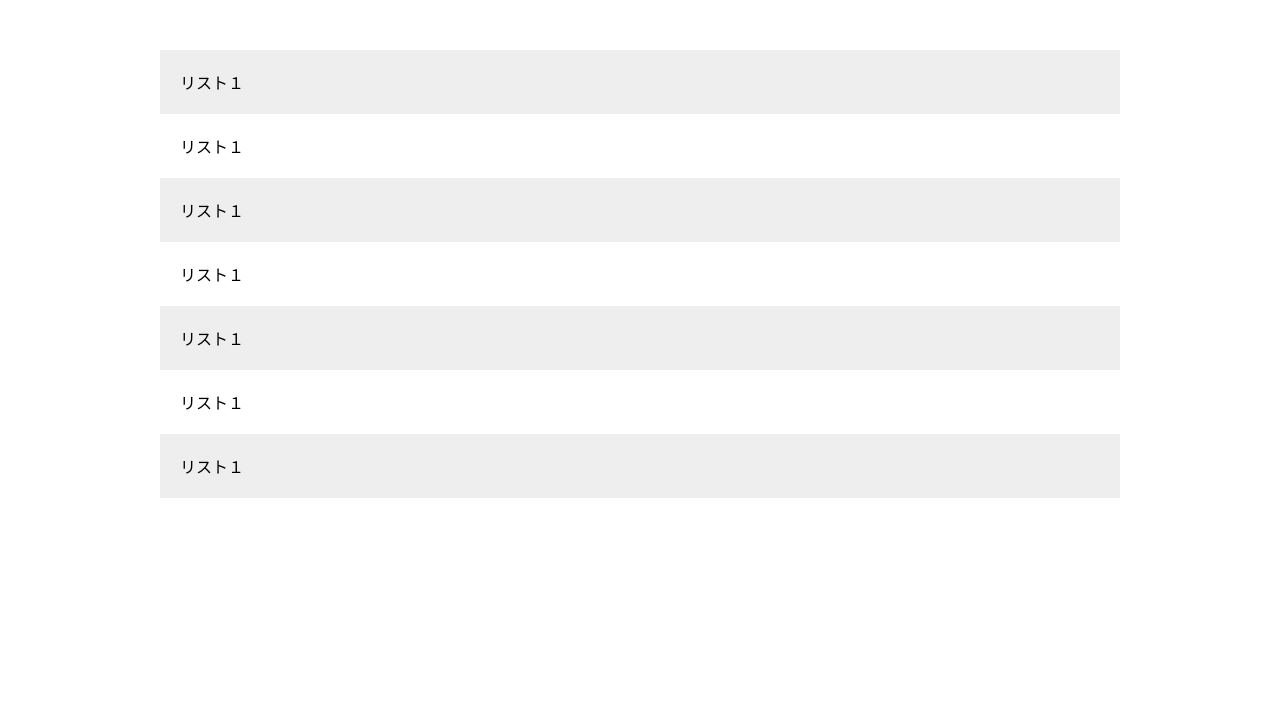
Repository: zero-0017/git-practice
Page: chapter8/webcamp.html
The author's editor kept a record of every edit. The page is drawn from the files as they stood at one moment, then again after the next edit.
The browser window is 1280 px wide. The pictures show the whole page.

Above is the page before.

### chapter8/webcamp.html
<!DOCTYPE html>
<html lang="ja">
  <head>
    <meta charset="UTF-8" />
    <link rel="stylesheet" href="webcamp.css" />
    <title>BOX</title>
  </head>

  <body>
  <main>
    <ul>
      <li class="list">リスト１</li>
      <li class="list">リスト１</li>
      <li class="list">リスト１</li>
      <li class="list">リスト１</li>
      <li class="list">リスト１</li>
      <li class="list">リスト１</li>
      <li class="list">リスト１</li>
    </ul>
  </main>
  </body>
</html>

### chapter8/webcamp.css
*{
	margin: 0;
	padding: 0;
	box-sizing: border-box;
}

main{
	width: 960px;
	margin: 50px auto;
}

.lists {
  margin-bottom: 50px;
}

.list {
  padding: 20px;
  list-style: none;
}

.list:nth-child(odd) {
  background-color: #eee;
}


.box-list{
	display: flex;
	flex-wrap: wrap;
}

.box {
  background-color: #ffd700;
  width: 30%;
  height: 200px;
  margin-right: 5%;
  margin-bottom: 40px;
}

.box:first-child,
.box:nth-child(5),
.box:last-child {
  background-color: #ff8c00;
}

.box:nth-child(3n) {
  margin-right: 0;
}

.box:nth-last-child(-n + 3) {
  margin-bottom: 0;
}

After the next edit:
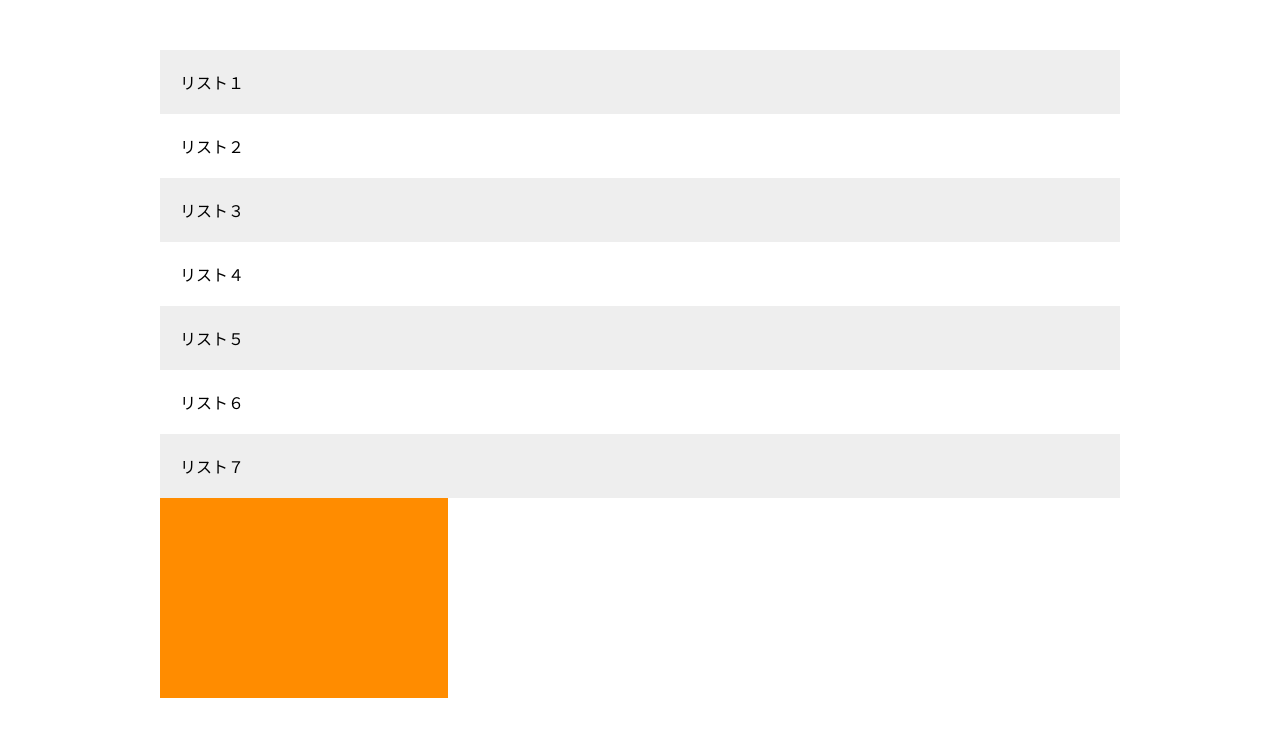
The edit:
--- a/chapter8/webcamp.html
+++ b/chapter8/webcamp.html
@@ -10,13 +10,25 @@
   <main>
     <ul>
       <li class="list">リスト１</li>
-      <li class="list">リスト１</li>
-      <li class="list">リスト１</li>
-      <li class="list">リスト１</li>
-      <li class="list">リスト１</li>
-      <li class="list">リスト１</li>
-      <li class="list">リスト１</li>
+      <li class="list">リスト２</li>
+      <li class="list">リスト３</li>
+      <li class="list">リスト４</li>
+      <li class="list">リスト５</li>
+      <li class="list">リスト６</li>
+      <li class="list">リスト７</li>
     </ul>
+
+    <div class="box-list">
+      <div class="box"></div>
+
+
+
+
+
+
+
+
+    </div>
   </main>
   </body>
 </html>
